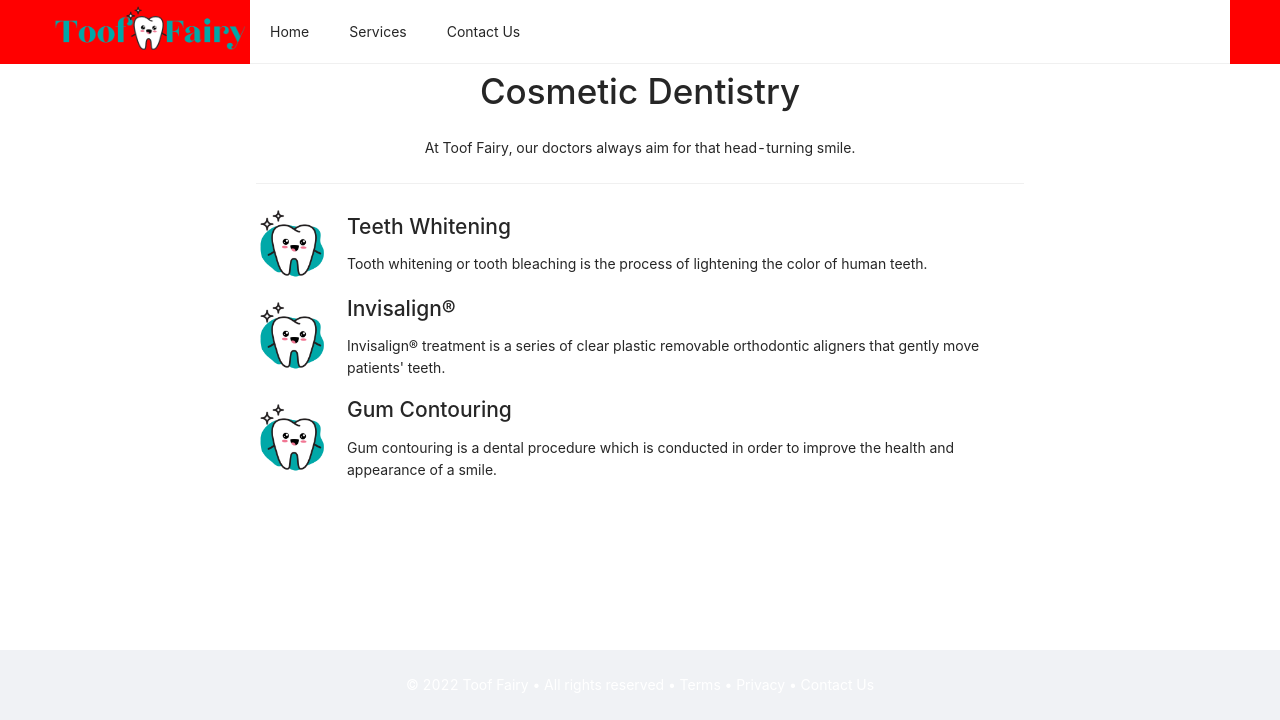
Repository: neldad1/dentist-app
Page: /cosmetic
An editor plug-in stored every save of this project. The page is shown before and after the next save, followed by the edit.
The browser window is 1280 px wide. The pictures show the whole page.
The project was rebuilt for these pictures with package versions that can differ from the ones it lists, and the page was loaded fresh each time. Also part of the build but not shown: src/components/Home.jsx, src/components/Contact.jsx, src/components/Services/Restorative.jsx, src/components/Services/Preventative.jsx.

Above is the page before, as saved 2022-03-10 13:00:12.

### public/index.html
<!DOCTYPE html>
<html lang="en">
  <head>
    <meta charset="utf-8" />
    <link rel="icon" href="%PUBLIC_URL%/favicon.svg" type="image/svg+xml">
    <meta name="viewport" content="width=device-width, initial-scale=1" />
    <meta name="theme-color" content="#000000" />
    <meta
      name="description"
      content="Web site created using create-react-app"
    />
    <link rel="apple-touch-icon" href="%PUBLIC_URL%/logo192.png" />
    <!--
      manifest.json provides metadata used when your web app is installed on a
      user's mobile device or desktop. See https://developers.google.com/web/fundamentals/web-app-manifest/
    -->
    <link rel="manifest" href="%PUBLIC_URL%/manifest.json" />
    <!--
      Notice the use of %PUBLIC_URL% in the tags above.
      It will be replaced with the URL of the `public` folder during the build.
      Only files inside the `public` folder can be referenced from the HTML.

      Unlike "/favicon.ico" or "favicon.ico", "%PUBLIC_URL%/favicon.ico" will
      work correctly both with client-side routing and a non-root public URL.
      Learn how to configure a non-root public URL by running `npm run build`.
    -->
    <title>React App</title>
  </head>
  <body>
    <noscript>You need to enable JavaScript to run this app.</noscript>
    <div id="root"></div>
    <!--
      This HTML file is a template.
      If you open it directly in the browser, you will see an empty page.

      You can add webfonts, meta tags, or analytics to this file.
      The build step will place the bundled scripts into the <body> tag.

      To begin the development, run `npm start` or `yarn start`.
      To create a production bundle, use `npm run build` or `yarn build`.
    -->
  </body>
</html>

### src/index.js
import React from 'react';
import ReactDOM from 'react-dom';
import './index.css';
import App from './App';
import reportWebVitals from './reportWebVitals';

ReactDOM.render(
  //<React.StrictMode>
  <App />,
  //</React.StrictMode>,
  document.getElementById('root')
);

// If you want to start measuring performance in your app, pass a function
// to log results (for example: reportWebVitals(console.log))
// or send to an analytics endpoint. Learn more: https://bit.ly/CRA-vitals
reportWebVitals();

### src/App.js
import { BrowserRouter } from 'react-router-dom';

import 'antd/dist/antd.min.css';
import './App.css';
import Navigation from './components/Router/Navigation';
import AppRoutes from './components/Router/AppRoutes';
import { Layout } from 'antd';
import HeaderLogo from './components/HeaderLogo';
const { Header, Footer, Content } = Layout;

function App() {
  return (
    <BrowserRouter>
      <Layout className="layout">
        <Header className="navigation">
          <HeaderLogo />
          <Navigation />
        </Header>
        <Content>
          <AppRoutes />
        </Content>
        <Footer className="footer">
          © 2022 Toof Fairy • All rights reserved • Terms • Privacy • Contact Us
        </Footer>
      </Layout>
    </BrowserRouter>
  );
}

export default App;

### src/App.css

h1 {
  font-size: 2.5em;
}

.layout {
  height: 100vh;
  width: 100vw;
  text-align: center;
  background: #fff;
}

.navigation {
  background: red;
}

.logo {
  width: 200px;
  height: 50px;
  float: left;
  margin-top: 4px;
}

.footer {
  color: white;
}

.intro-wrapper {
  text-align: center;
}

.home {
  width: 100%;
  height: 100%;
  display: flex;
  justify-content: center;
  align-items: center;
  background-image: url('/public/tfBackground.jpg');
  background-size: cover;
  background-repeat: no-repeat;
}

.content-wrapper {
  width: 50%;
  font-family: 'Segoe UI', sans-serif;
  margin-left: 10em;
  color: whitesmoke;
  display: block;
}
.tagline1 {
  font-weight: bolder;
  font-size: 2em;
  margin: 0;
  line-height: 1;
}

.contact-form {
  text-align: left;
}

.main-content {
  height: 100%;
  width: 60%;
  overflow-y: scroll;
  display: block;
  margin: 0 auto;
}

.service-info {
  display: flex;
  text-align: left;
  margin-bottom: 1em;
  align-items: center;
}

.service-definition {
  margin-left: 1.5em;
}

@media screen and (max-width: 768px) {
  .main-content {
    width: 100%;
    margin: 0.5em;
  }
}

### src/components/Router/Navigation.jsx
import { Link } from 'react-router-dom';
import { Menu } from 'antd';
const { SubMenu } = Menu;

const Navigation = () => {
  return (
    <Menu mode="horizontal">
      <Menu.Item key="home">
        <span>Home</span>
        <Link to="/" />
      </Menu.Item>
      <SubMenu key="subMenu" title="Services">
        <Menu.Item key="cosmetic">
          <span>Cosmetic</span>
          <Link to="/cosmetic" />
        </Menu.Item>
        <Menu.Item key="restore">
          <span>Restorative</span>
          <Link to="/restorative" />
        </Menu.Item>
        <Menu.Item key="prevent">
          <span>Preventative</span>
          <Link to="/preventative" />
        </Menu.Item>
      </SubMenu>
      <Menu.Item key="contact">
        <span>Contact Us</span>
        <Link to="/contact" />
      </Menu.Item>
    </Menu>
  );
};

export default Navigation;

### src/components/Router/AppRoutes.jsx
import { Route, Routes } from 'react-router-dom';
import Home from '../Home';
import Contact from '../Contact';
import Cosmetic from '../Services/Cosmetic';
import Restorative from '../Services/Restorative';
import Preventative from '../Services/Preventative';

const AppRoutes = () => {
  return (
    <Routes>
      <Route exact path="/" element={<Home />} />
      <Route path="/cosmetic" element={<Cosmetic />} />
      <Route path="/restorative" element={<Restorative />} />
      <Route path="/preventative" element={<Preventative />} />
      <Route path="/contact" element={<Contact />} />
    </Routes>
  );
};

export default AppRoutes;

### src/components/HeaderLogo.jsx
import { Link } from 'react-router-dom';

const HeaderLogo = () => {
  return (
    <Link to="/">
      <img className="logo" src={require('../tfLogo.png')} alt="TF" />
    </Link>
  );
};

export default HeaderLogo;

### src/components/Services/Cosmetic.jsx
import { Divider } from 'antd';
import ToofImg from './ToofImg';

const Cosmetic = () => {
  return (
    <div className="main-content">
      <div>
        <h1>Cosmetic Dentistry</h1>
        <p>
          At Toof Fairy, our doctors always aim for that head-turning smile.
        </p>
      </div>
      <Divider />
      <div className="service-info">
        <ToofImg />
        <div className="service-definition">
          <h2>Teeth Whitening</h2>
          <span>
            Tooth whitening or tooth bleaching is the process of lightening the
            color of human teeth.
          </span>
        </div>
      </div>
      <div className="service-info">
        <ToofImg />
        <div className="service-definition">
          <h2>Invisalign®</h2>
          <span>
            Invisalign® treatment is a series of clear plastic removable
            orthodontic aligners that gently move patients' teeth.{' '}
          </span>
        </div>
      </div>
      <div className="service-info">
        <ToofImg />
        <div className="service-definition">
          <h2>Gum Contouring</h2>
          <span>
            Gum contouring is a dental procedure which is conducted in order to
            improve the health and appearance of a smile.{' '}
          </span>
        </div>
      </div>
    </div>
  );
};

export default Cosmetic;

### src/components/Services/ToofImg.jsx
import { Image } from 'antd';

const ToofImg = () => {
  return (
    <div>
      <Image
        width={70}
        preview={false}
        src={require('../../toof.png')}
        alt="toof"
      />
    </div>
  );
};

export default ToofImg;

Loaded but not shown: src/index.css (common file); src/reportWebVitals.js (common file)

After the next save:
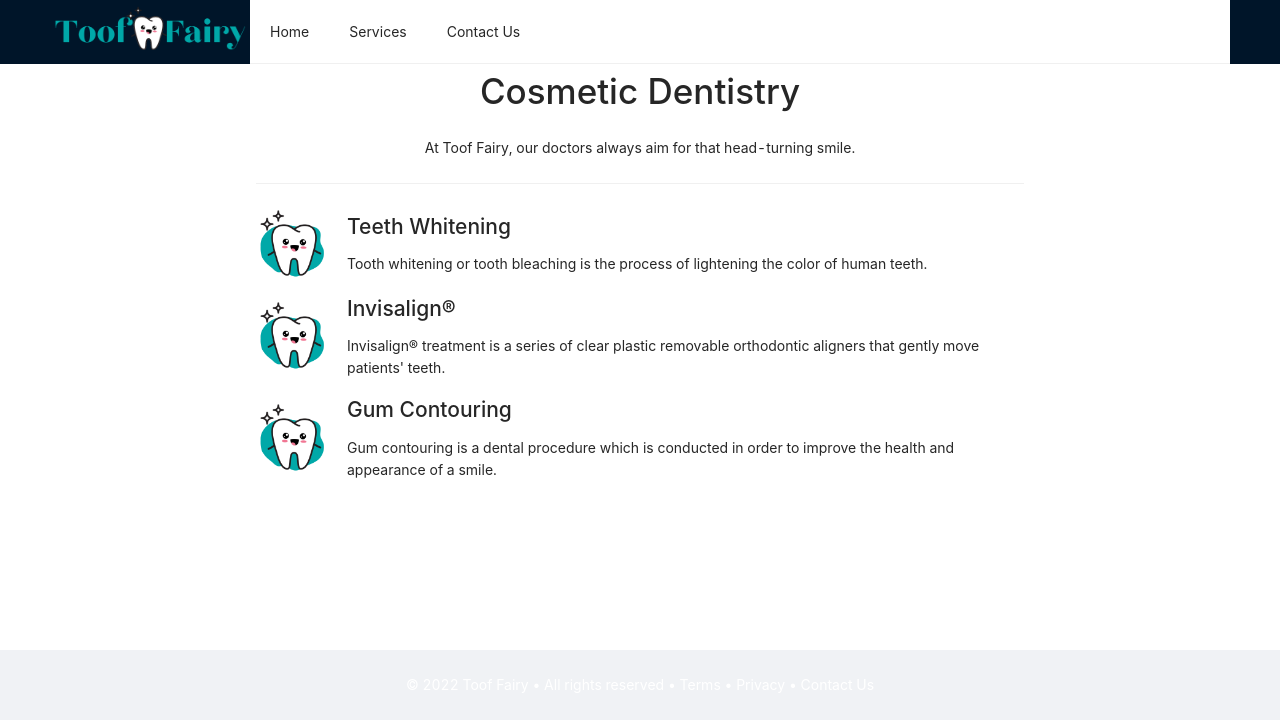
Saved 6 s later.
--- a/src/App.css
+++ b/src/App.css
@@ -11,7 +11,7 @@ h1 {
 }
 
 .navigation {
-  background: red;
+ // background: red;
 }
 
 .logo {
